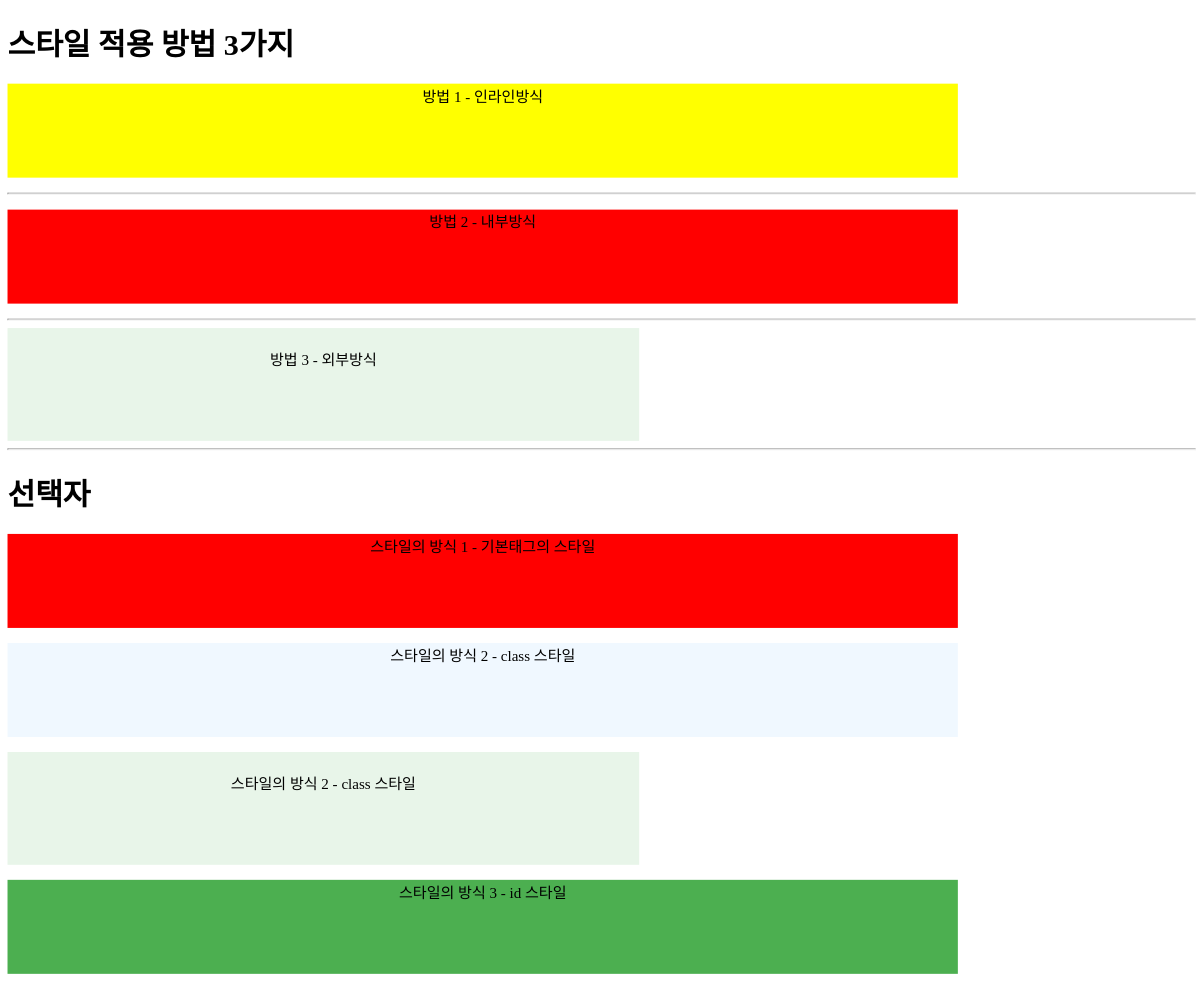
Repository: hsaar/jsworkplace
Page: http://localhost/testjsp/html/test04.jsp
The author's editor kept a copy of each file at every save. The page is drawn from the files as they stood at one save, then again after the next save.
The browser window is 1280 px wide. The pictures show the whole page, at 94% of full size.
The page is served by Tomcat 9.

Above is the page before, as saved 2025-08-20 03:57:24.

After the next save:
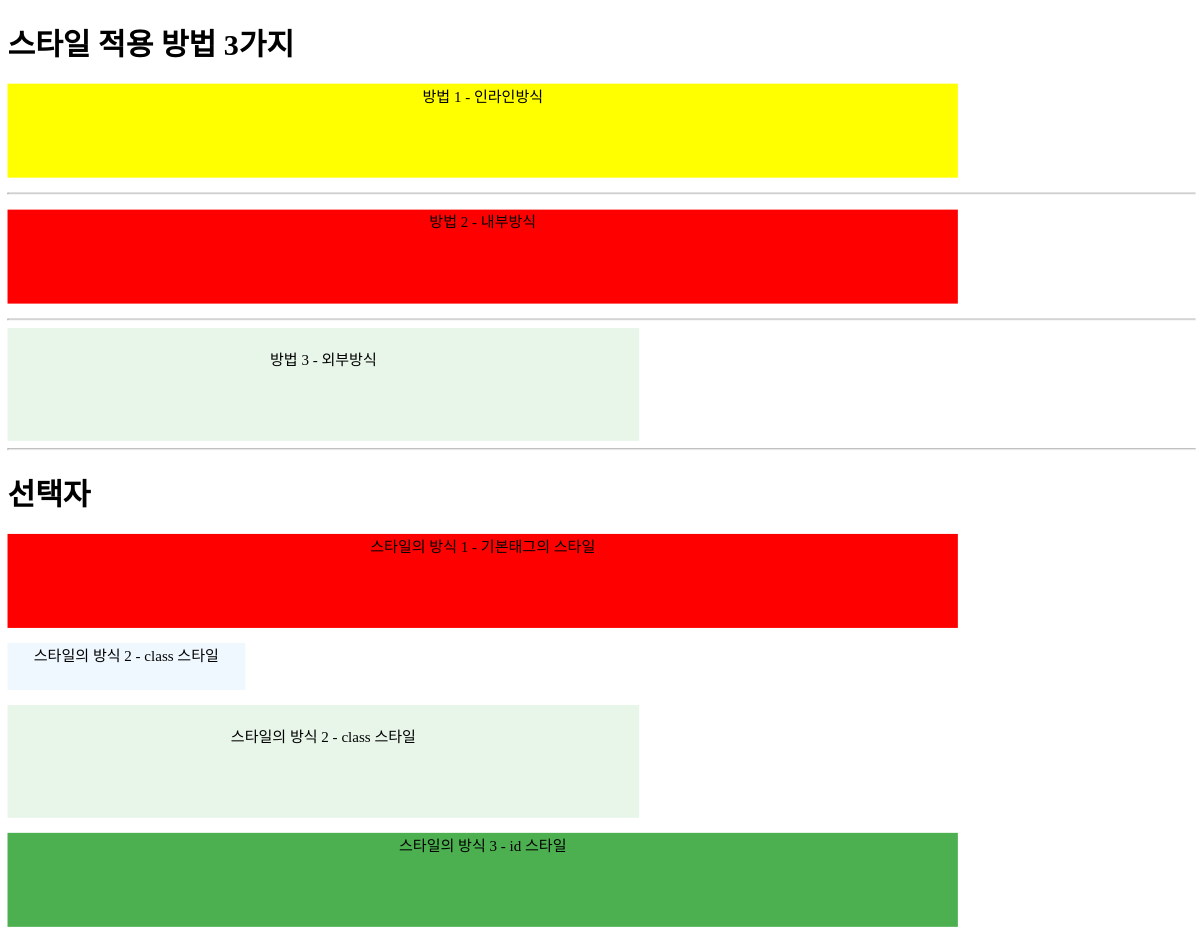
Saved 46 s later.
--- a/testjsp/src/main/webapp/html/test04.jsp
+++ b/testjsp/src/main/webapp/html/test04.jsp
@@ -17,6 +17,8 @@
 	}
 	.test{
 		background-color: #f0f8ff;
+		width: 20%;
+		height:50px;
 	}
 	#test2{
 		background-color: #4CAF50;
